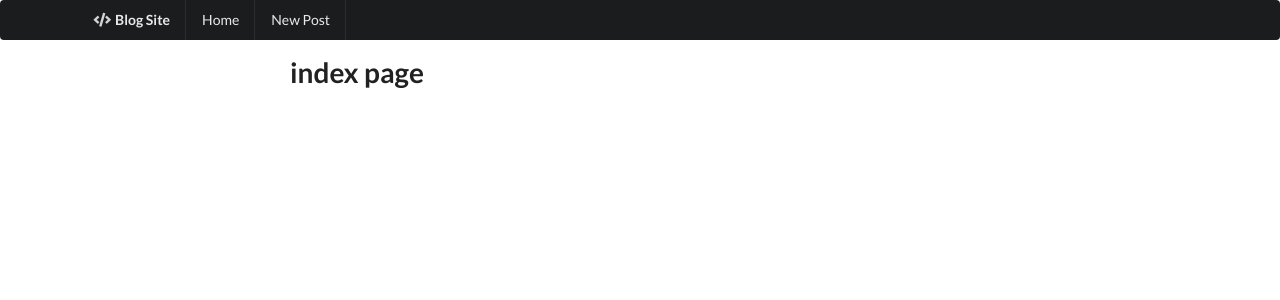
Repository: rachelqiuyue/blog
Page: http://localhost/blogs
The author's editor kept a record of every edit. The page is drawn from the files as they stood at one moment, then again after the next edit.
The browser window is 1280 px wide. The pictures show the whole page.
The page is served by the project's Node server (app.js). Queries for data that is not in the repository find no rows.

Above is the page before.

After the next edit:
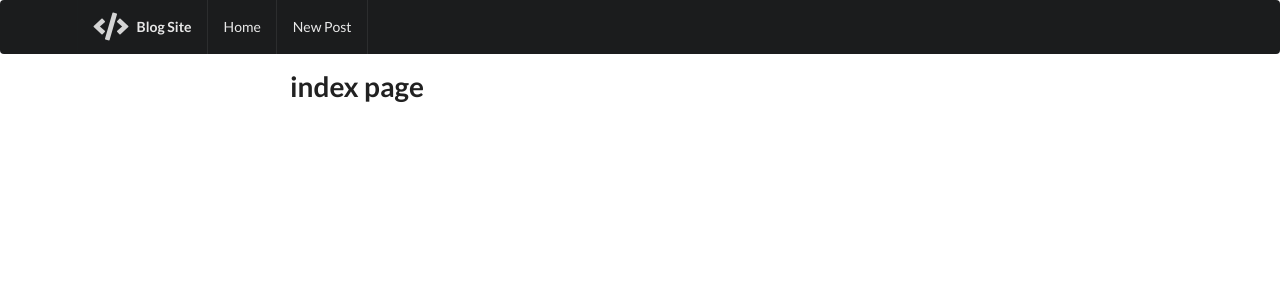
The edit:
--- a/public/stylesheets/app.css
+++ b/public/stylesheets/app.css
@@ -1,3 +1,3 @@
-.icon{
+i.icon{
     font-size:2em;
 }

After the 2 edits that followed:
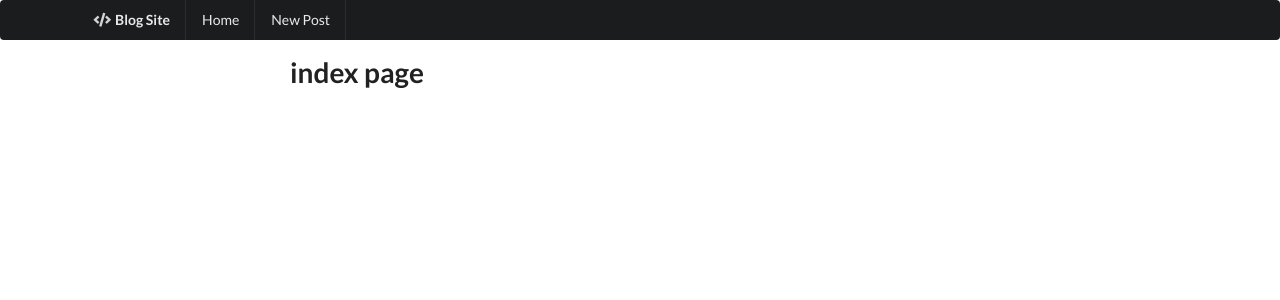
The 2 edits are shown as one change because 1 left the picture as it was.
The edit:
--- a/public/stylesheets/app.css
+++ b/public/stylesheets/app.css
@@ -1,3 +1,3 @@
-i.icon{
+.icon{
     font-size:2em;
 }
